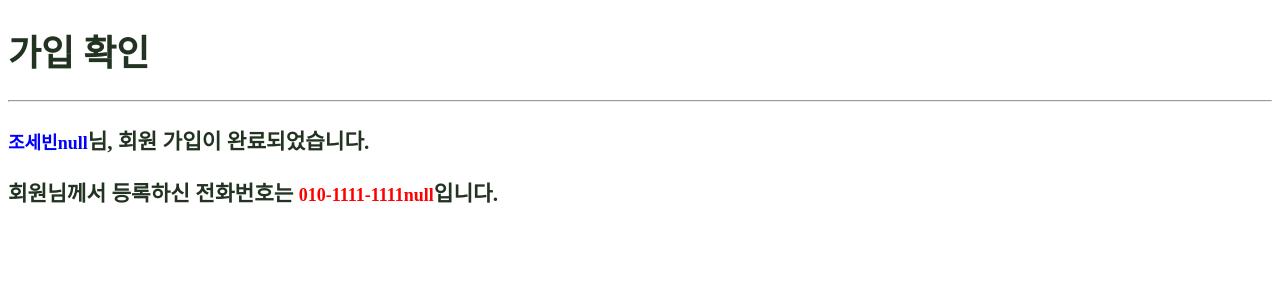
Repository: god5228god/Jsp
Page: http://localhost/WebApp06/Receive01.jsp
These files come from the project's save history. The page is drawn as it stood at one moment and after the next save; the edit follows.
The browser window is 1280 px wide. The pictures show the whole page.
The page is served by Tomcat 9.

Above is the page before, as saved 2026-02-27 08:30:29.

### WebApp06/WebContent/Receive01.jsp
<%@ page contentType="text/html; charset=UTF-8"%>
<%

	// 이전 페이지(Send01.html)로부터 넘어온 데이터 수신(→ 스트립릿 영역)
	//-- userName, userTel

	// 한글 데이터 수신을 위한 인코딩 방식 지정
	request.setCharacterEncoding("UTF-8");
	// → 한글 깨짐 방지 처리
	//	  이 처리를 데이터 수신 처리보다 먼저 수행해야
	//	  한글이 깨지지 않은 상태로 수신 가능

	String name = request.getParameter("userName"); 	//-- "조세빈"
	String tel = request.getParameter("userTel");		//-- "010-1111-1111"

	response.setContentType("text/html; charset = UTF-8");

%>
<!DOCTYPE html>
<html>
<head>
<meta charset="UTF-8">
<title>Receive01.jsp</title>
<link rel="stylesheet" type="text/css" href="css/main.css" />
<style type="text/css">
p{font-size: 16pt; font-weight: bold;}
.name{color: blue;}
.tel{color: red;}}
</style>
</head>
<body>
	<div>
		<h1>가입 확인</h1>
		<hr />
	</div>
	<!--
	『조세빈님, 회원 가입이 완료되었습니다.
		  회원님께서 등록하신 전화번호는 010-1111-1111 입니다.』
	  -->
	<div>
		<p><span class="name">조세빈<%= name %></span>님, 회원 가입이 완료되었습니다.</p>
		<p>회원님께서 등록하신 전화번호는 <span class="tel">010-1111-1111<%= tel %></span>입니다.</p>
	</div>
</body>
</html>

### WebApp06/WebContent/css/main.css
@charset "UTF-8";

*
{
	color: #223322;
	font-family: 나눔고딕코딩;
}

body, p, div, span, input, table, th, td, select
{
	font-size: 18px;
}

.control
{
	border: 1px solid gray;
	border-radius: 3px ;
}

.table
{
	border-collapse: collapse;
	width: 100%;
}

.table th, .table td
{
	border: 1px solid gray;
	border-left: 0;
	border-right: 0;
	padding: 3px;
	line-height: 150%;
}

.table th
{
	font-weight: bold;
	background-color: #eee;
}

.btn
{
	font-weight: bold;
	font-family: 맑은 고딕;

}

.btn:hover
{
	color: #fff;
	background-color: #778877;
}
input[type="text"]:focus
{
	background-color: #dcfccf;
}

After the next save:
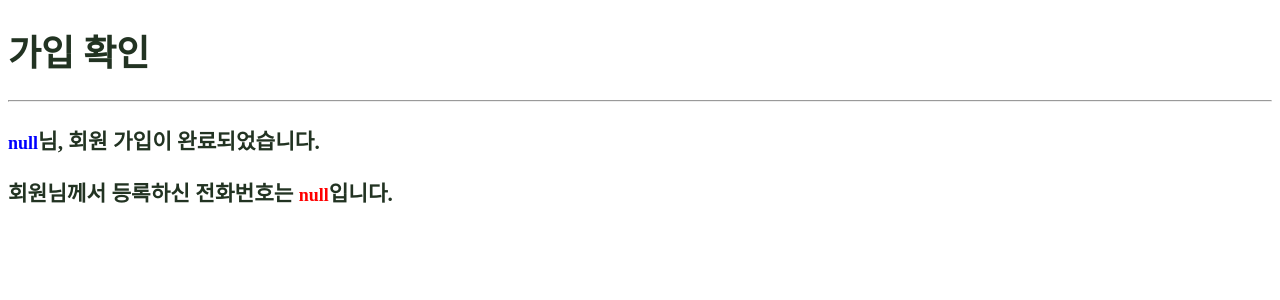
Saved 64 s later.
--- a/WebApp06/WebContent/Receive01.jsp
+++ b/WebApp06/WebContent/Receive01.jsp
@@ -38,8 +38,8 @@ p{font-size: 16pt; font-weight: bold;}
 		  회원님께서 등록하신 전화번호는 010-1111-1111 입니다.』
 	  -->
 	<div>
-		<p><span class="name">조세빈<%= name %></span>님, 회원 가입이 완료되었습니다.</p>
-		<p>회원님께서 등록하신 전화번호는 <span class="tel">010-1111-1111<%= tel %></span>입니다.</p>
+		<p><span class="name"><%= name %></span>님, 회원 가입이 완료되었습니다.</p>
+		<p>회원님께서 등록하신 전화번호는 <span class="tel"><%= tel %></span>입니다.</p>
 	</div>
 </body>
 </html>
